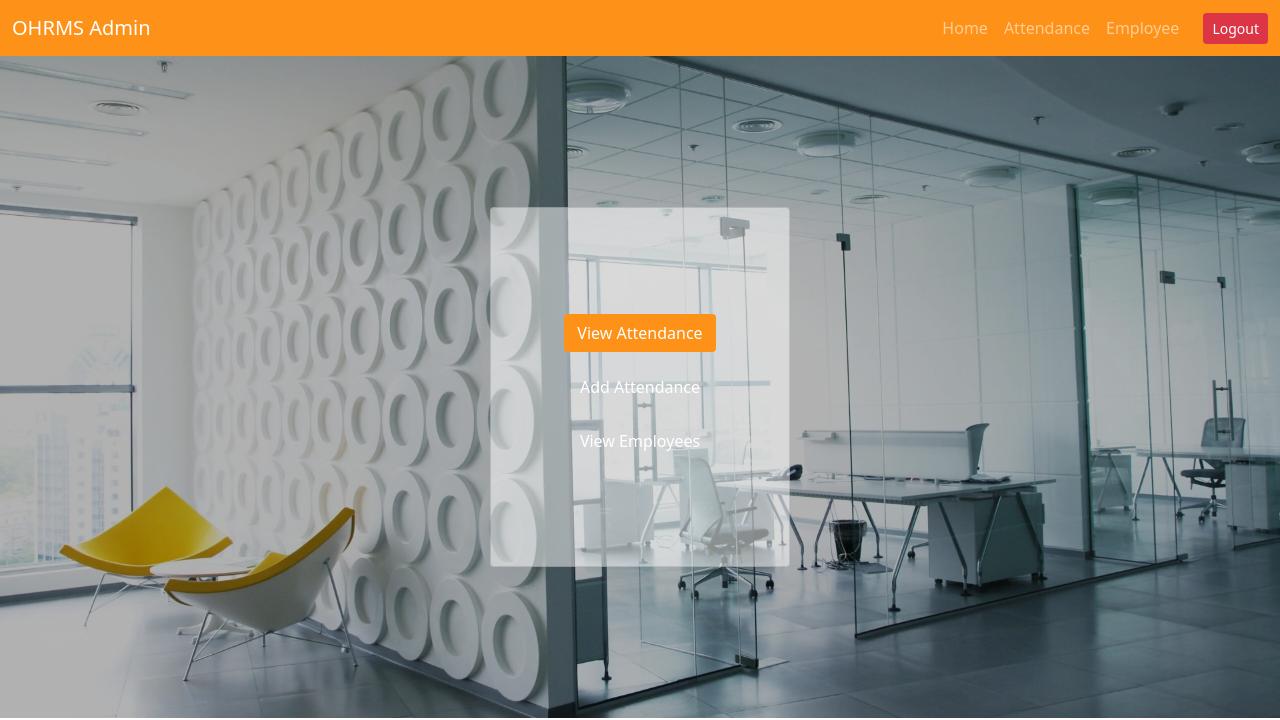
Repository: SaudCh/PHP-OHRMS
Page: http://localhost/admin/index
An editor plug-in stored every save of this project. The page is shown before and after the next save, followed by the edit.
The browser window is 1280 px wide. The pictures show the whole page.
Some web libraries are served in a nearby version. The page is run by PHP 8.4 with error messages shown; the project is at /var/www/html/. The session is filled in as if someone had signed in: {"admin": "admin@ohrm.com"}.

Above is the page before, as saved 2022-06-06 00:32:38.

After the next save:
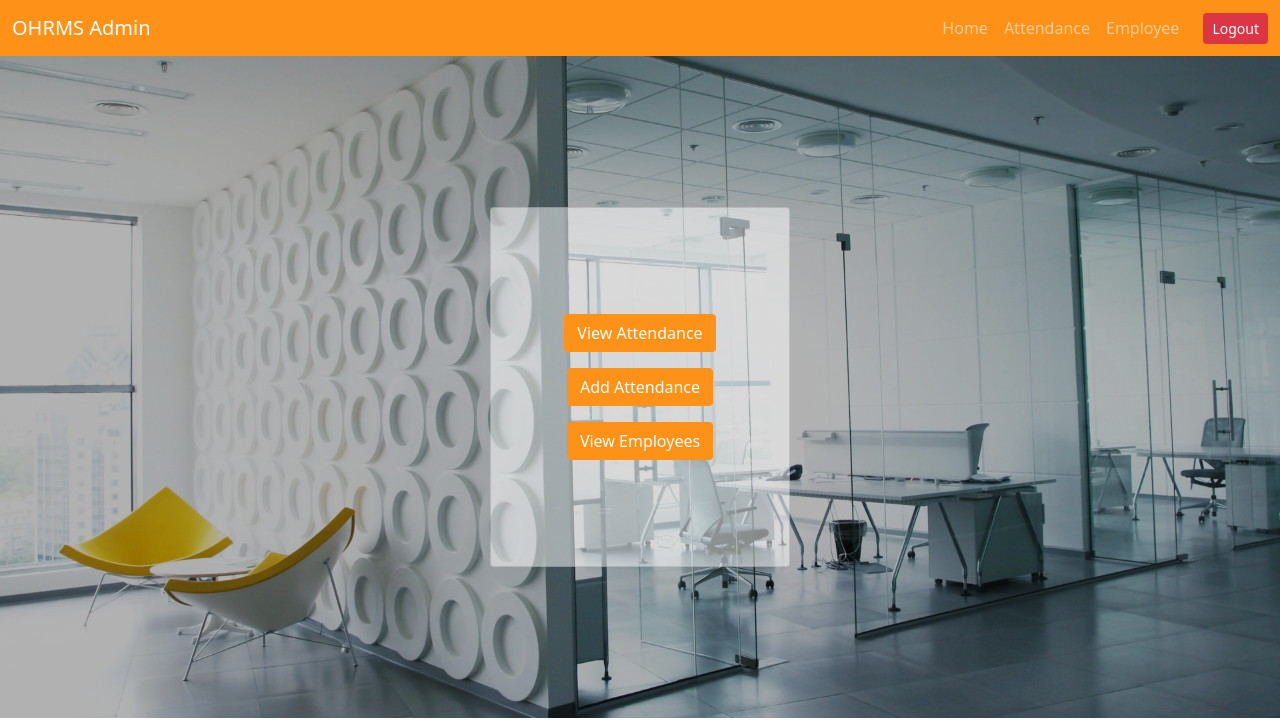
Saved 6 s later.
--- a/admin/index.php
+++ b/admin/index.php
@@ -37,8 +37,8 @@
     <div class="index-body">
         <div class="card">
             <a class="btn my-2 text-white" style="background-color: #fe9117;" href="attendance">View Attendance</a>
-            <a class="btn my-2 text-white" href="add-attendance">Add Attendance</a>
-            <a class="btn my-2 text-white" href="employee">View Employees</a>
+            <a class="btn my-2 text-white" style="background-color: #fe9117;" href="add-attendance">Add Attendance</a>
+            <a class="btn my-2 text-white" style="background-color: #fe9117;" href="employee">View Employees</a>
         </div>
     </div>
 </body>
